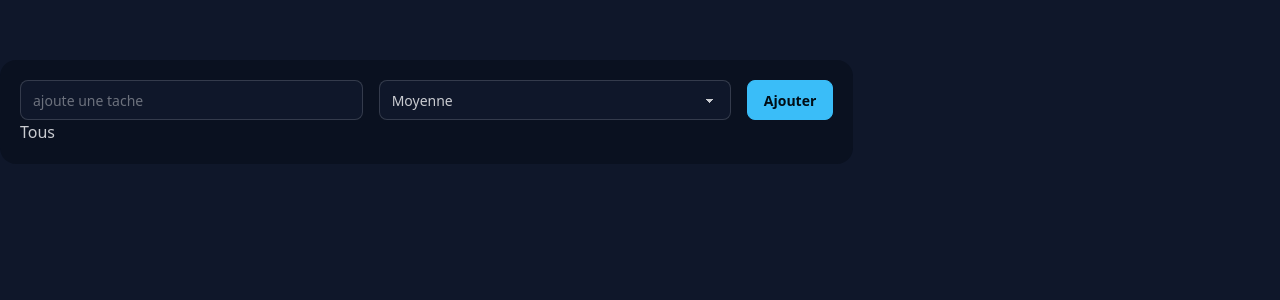
Repository: gradi243/react_ex_tuto
Page: /
The author's editor kept a copy of each file at every save. The page is drawn from the files as they stood at one save, then again after a run of saves.
The browser window is 1280 px wide. The pictures show the whole page.
The project was rebuilt for these pictures with package versions that can differ from the ones it lists, and the page was loaded fresh each time. Also part of the build but not shown: vite.config.ts.

Above is the page before, as saved 2025-09-14 01:16:39.

After the next 3 saves:
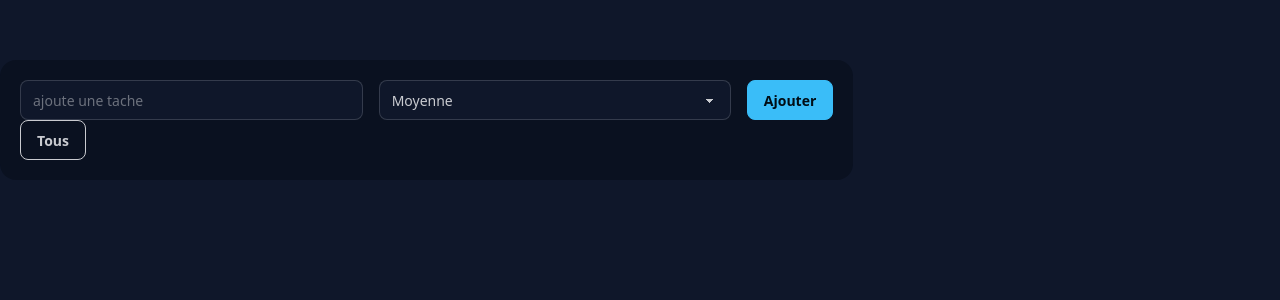
The 3 saves are shown as one change because they came seconds apart.
The last was saved 11 s later.
--- a/src/App.tsx
+++ b/src/App.tsx
@@ -70,7 +70,7 @@
         <div className="space-y-2 flex-1 h-fit">
           <div className="flex flex-wrap gap-4">
             <button
-
+              className="btn btn-outline"
             >
               Tous
             </button>
